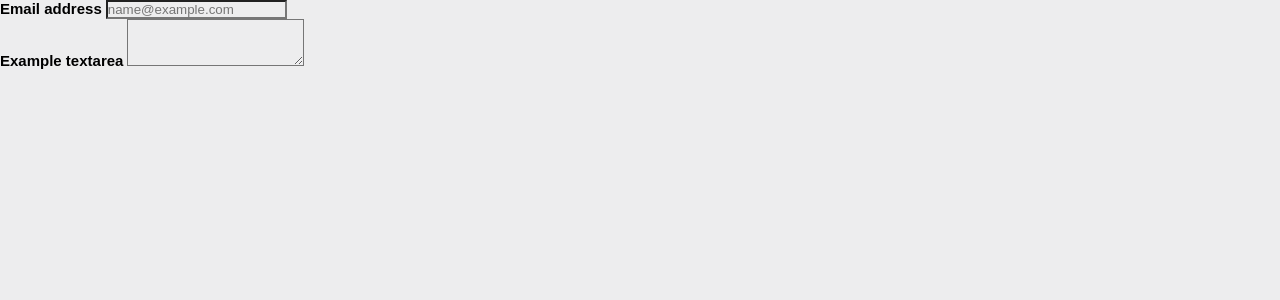
Repository: Grace229/Hasob-form
Page: index.html
These files come from the project's save history. The page is drawn as it stood at one moment and after a run of saves; the edit follows.
The browser window is 1280 px wide. The pictures show the whole page.

Above is the page before, as saved 2020-12-26 19:17:32.

After the next 3 saves:
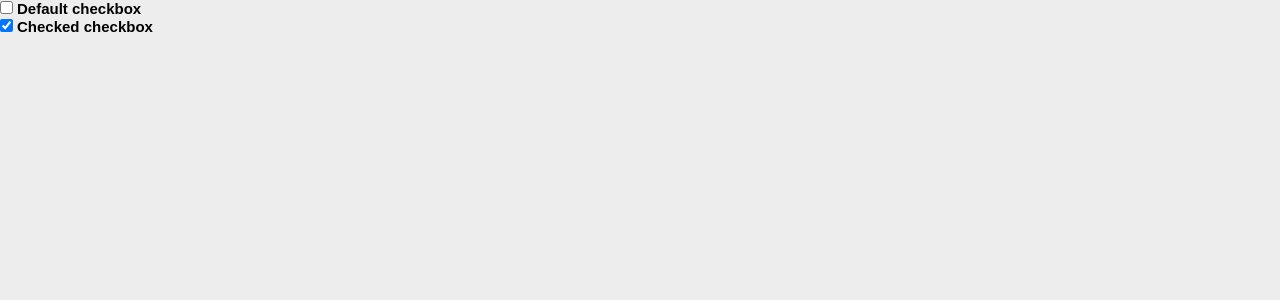
The 3 saves are shown as one change because they came seconds apart.
The last was saved 4 min 25 s later.
--- a/index.html
+++ b/index.html
@@ -7,7 +7,33 @@
     <link rel="stylesheet" href="style.css">
 </head>
 <body>
-    <div class="container">
+    <!-- Default checkbox -->
+<div class="form-check">
+    <input
+      class="form-check-input"
+      type="checkbox"
+      value=""
+      id="flexCheckDefault"
+    />
+    <label class="form-check-label" for="flexCheckDefault">
+      Default checkbox
+    </label>
+  </div>
+
+  <!-- Checked checkbox -->
+  <div class="form-check">
+    <input
+      class="form-check-input"
+      type="checkbox"
+      value=""
+      id="flexCheckChecked"
+      checked
+    />
+    <label class="form-check-label" for="flexCheckChecked">
+      Checked checkbox
+    </label>
+  </div>
+    <!-- <div class="container">
     <div class="mb-3">
         <label for="exampleFormControlInput1" class="form-label">Email address</label>
         <input type="email" class="form-control" id="exampleFormControlInput1" placeholder="name@example.com">
@@ -16,7 +42,7 @@
         <label for="exampleFormControlTextarea1" class="form-label">Example textarea</label>
         <textarea class="form-control" id="exampleFormControlTextarea1" rows="3"></textarea>
       </div>
-    </div>
+    </div> -->
     <!-- <form> -->
         <!-- radio button -->
         <!-- <div>
